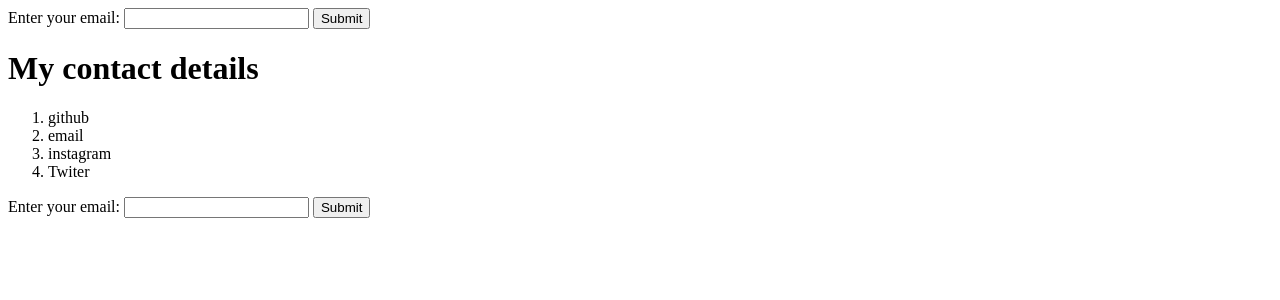
Repository: ew-code/Web-Development
Page: HTML - Personal Site/contact.html
The author's editor kept a copy of each file at every save. The page is drawn from the files as they stood at one save, then again after the next save.
The browser window is 1280 px wide. The pictures show the whole page.

Above is the page before, as saved 2021-01-04 22:48:21.

After the next save:
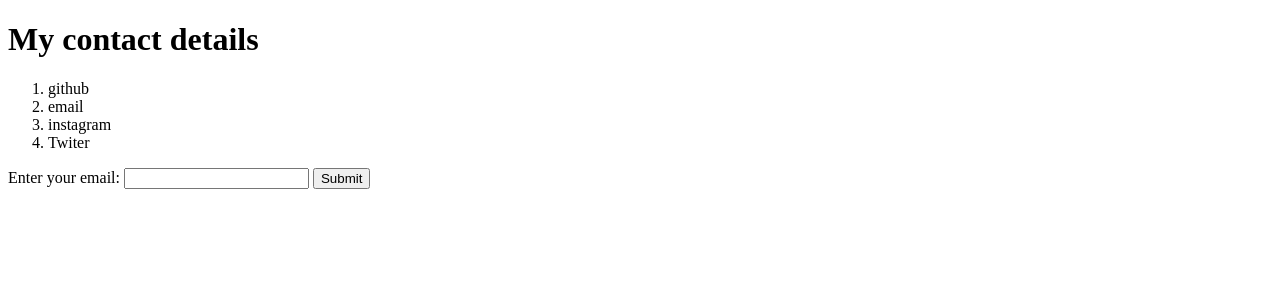
Saved 27 s later.
--- a/HTML - Personal Site/contact.html
+++ b/HTML - Personal Site/contact.html
@@ -8,11 +8,6 @@
   <title>Contact me</title>
 </head>
 
-<form>
-  <label for="email">Enter your email:</label>
-  <input type="email" name="email" id="email" required>
-  <input type="submit">
-</form>
 <body>
   <h1>My contact details</h1>
   <ol>
